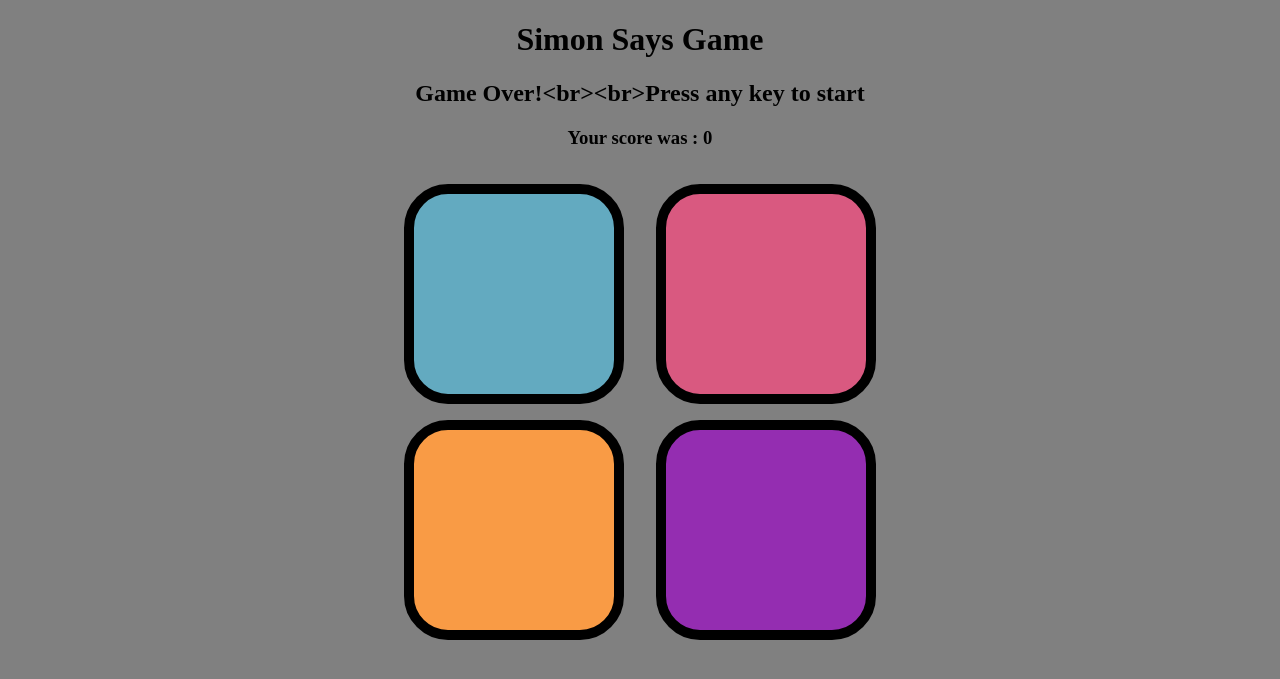
Repository: Ruchii02/javascript-mini-project
Page: index.html
The author's editor kept a copy of each file at every save. The page is drawn from the files as they stood at one save, then again after the next save.
The browser window is 1280 px wide. The pictures show the whole page.
After loading, the first visible `#green` was clicked once.

Above is the page before, as saved 2024-07-02 11:51:05.

After the next save:
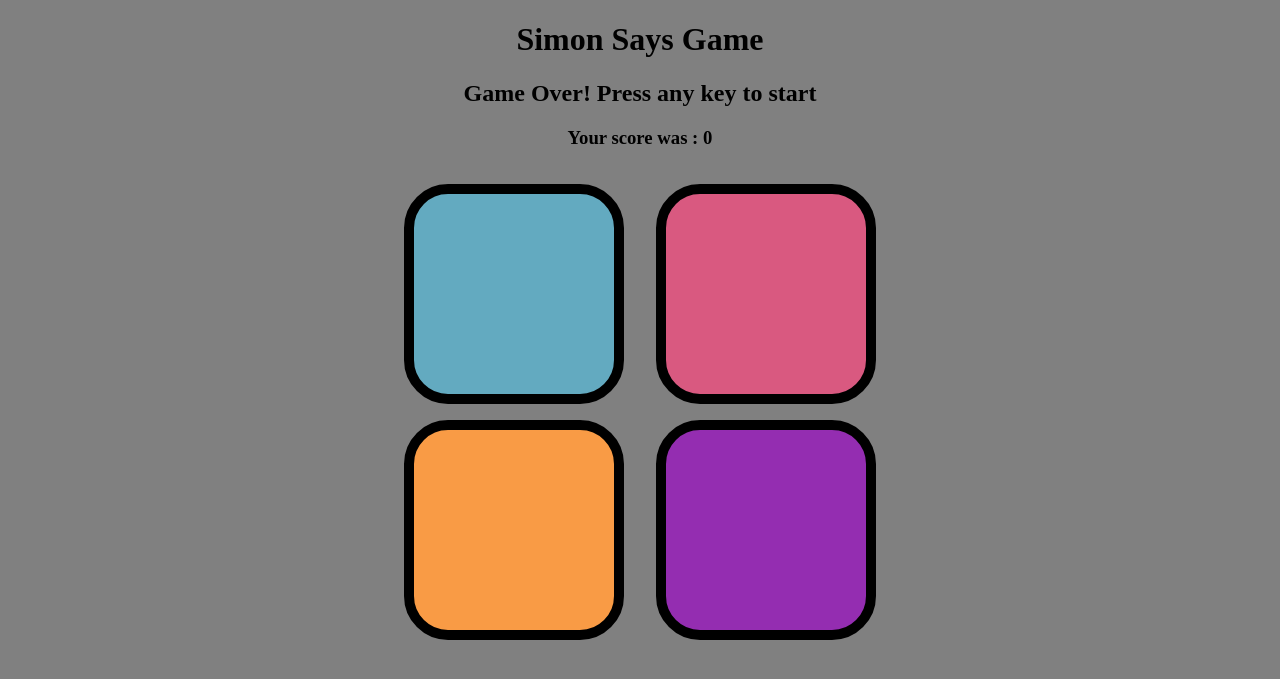
Saved 44 s later.
--- a/app.js
+++ b/app.js
@@ -48,7 +48,7 @@ let h3 = document.querySelector("h3");
        setTimeout(levelup,1000);
        }
       }else{
-        h2.innerText   = `Game Over!<br><br>Press any key to start`;
+        h2.innerText   = `Game Over! Press any key to start`;
         h3.innerHTML = `Your score was :<b> ${level}</b>`;
         document.querySelector("body").style.backgroundColor = "red";
         setTimeout(function(){
